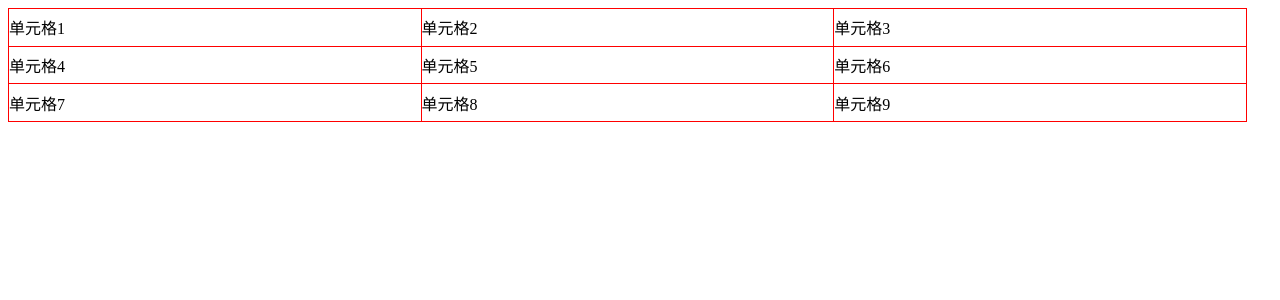
Repository: bookFireFly/bookFireFly
Page: HtmlAndCSS/鼠标经过单元格时提示P36.html
These files come from the project's save history. The page is drawn as it stood at one moment and after the next save; the edit follows.
The browser window is 1280 px wide. The pictures show the whole page.

Above is the page before, as saved 2017-10-18 07:10:18.

After the next save:
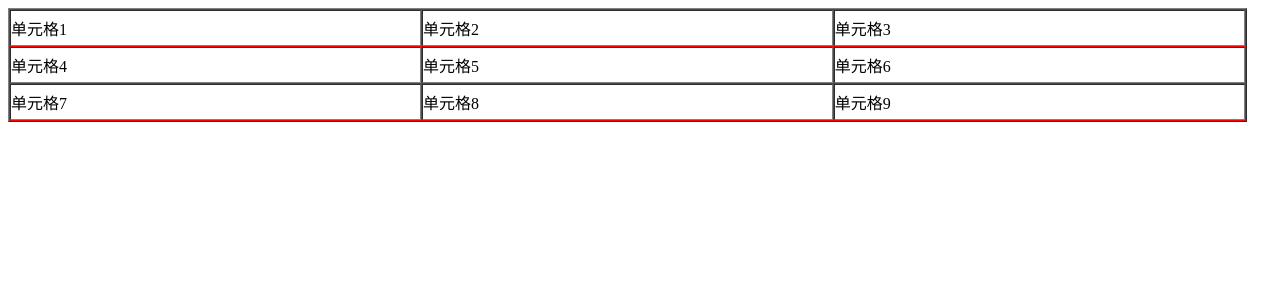
Saved 9 s later.
--- a/HtmlAndCSS/鼠标经过单元格时提示P36.html
+++ b/HtmlAndCSS/鼠标经过单元格时提示P36.html
@@ -5,7 +5,7 @@
 <title>鼠标经过单元格时提示P36.html</title>
 </head>
 <body>
-<table width="98%" height="114" border="0" cellpadding="0" cellspacing="1" bgcolor="red">
+<table width="98%" height="114" border="1" cellpadding="0" cellspacing="1" bgcolor="red">
   <tr>
     <td bgcolor="#FFFFFF" title="单元格1">单元格1</td>
     <td bgcolor="#FFFFFF" title="单元格2">单元格2</td>
